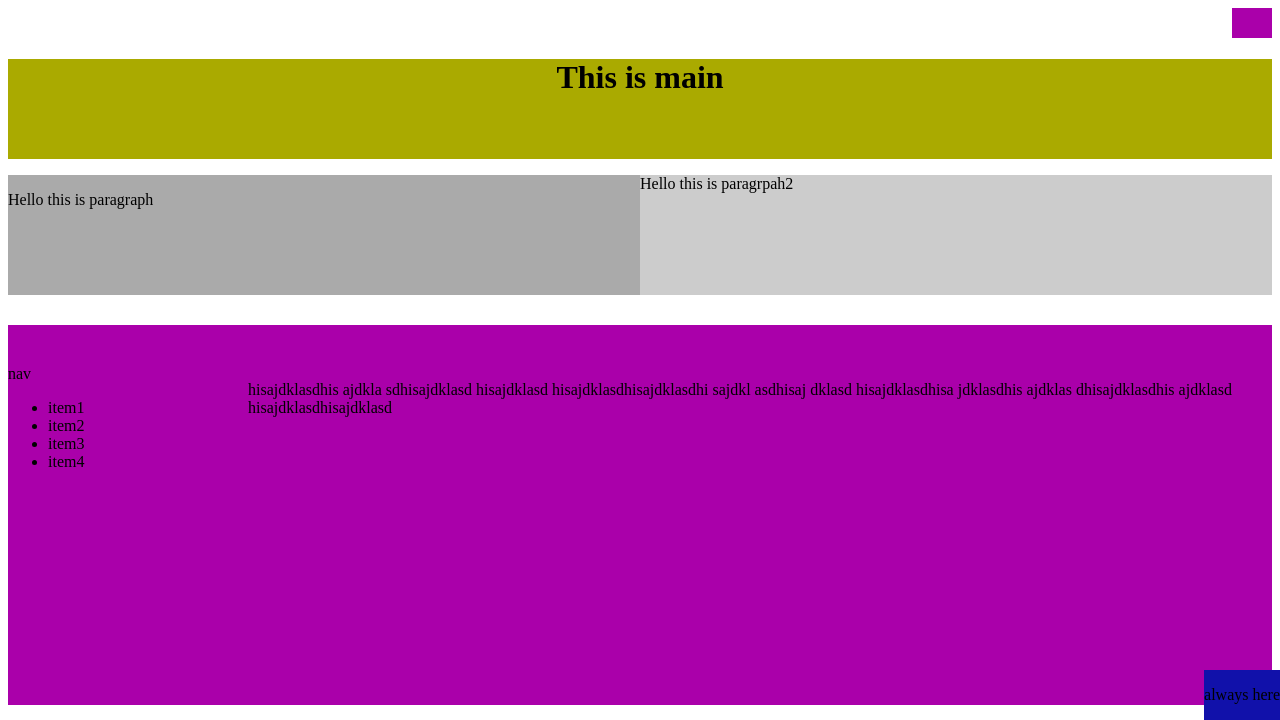
Repository: EnjoyWorkTrue/Spring2014
Page: CMP342/MainProject/WebContent/WEB-INF/main.html
These files come from the project's save history. The page is drawn as it stood at one moment and after the next save; the edit follows.
The browser window is 1280 px wide. The pictures show the whole page.

Above is the page before, as saved 2014-03-26 23:46:11.

After the next save:
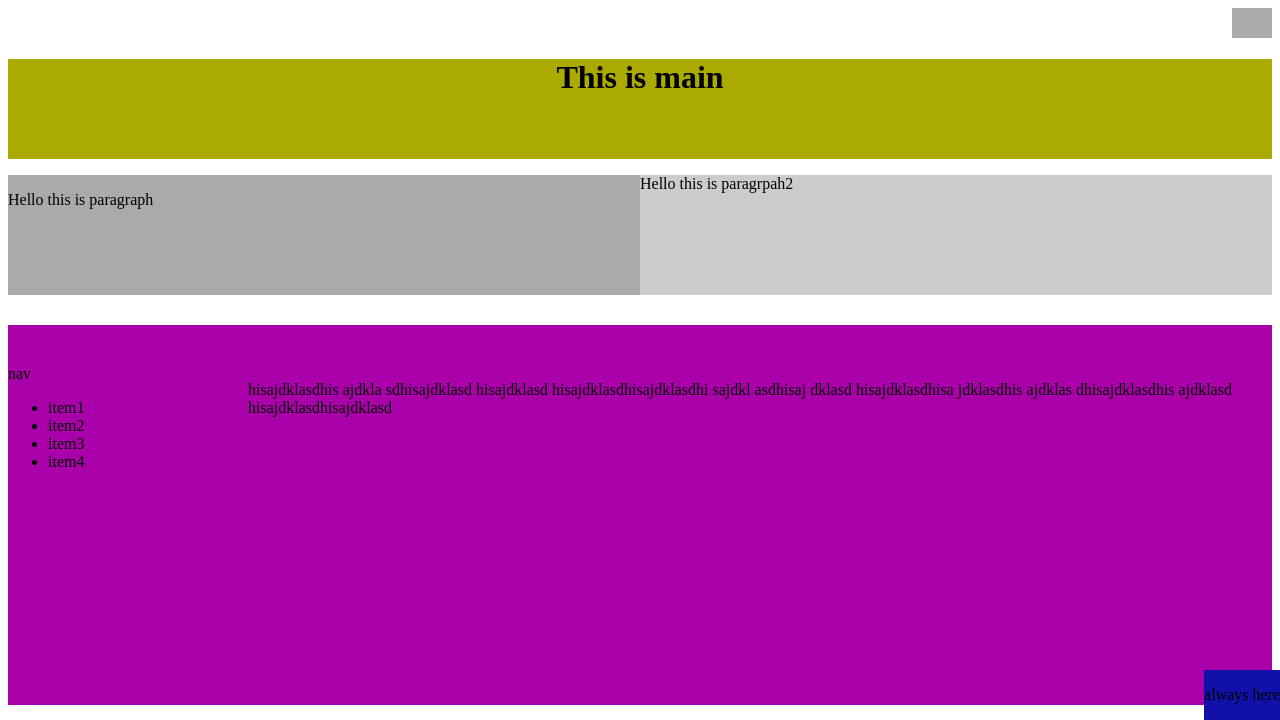
Saved 9 min 33 s later.
--- a/CMP342/MainProject/WebContent/WEB-INF/css/main.css
+++ b/CMP342/MainProject/WebContent/WEB-INF/css/main.css
@@ -8,7 +8,7 @@
 	float:right;
 	width:40px;
 	height:30px;
-	background: #a0a;
+	background: #aaa;
 }
 
 #main{
